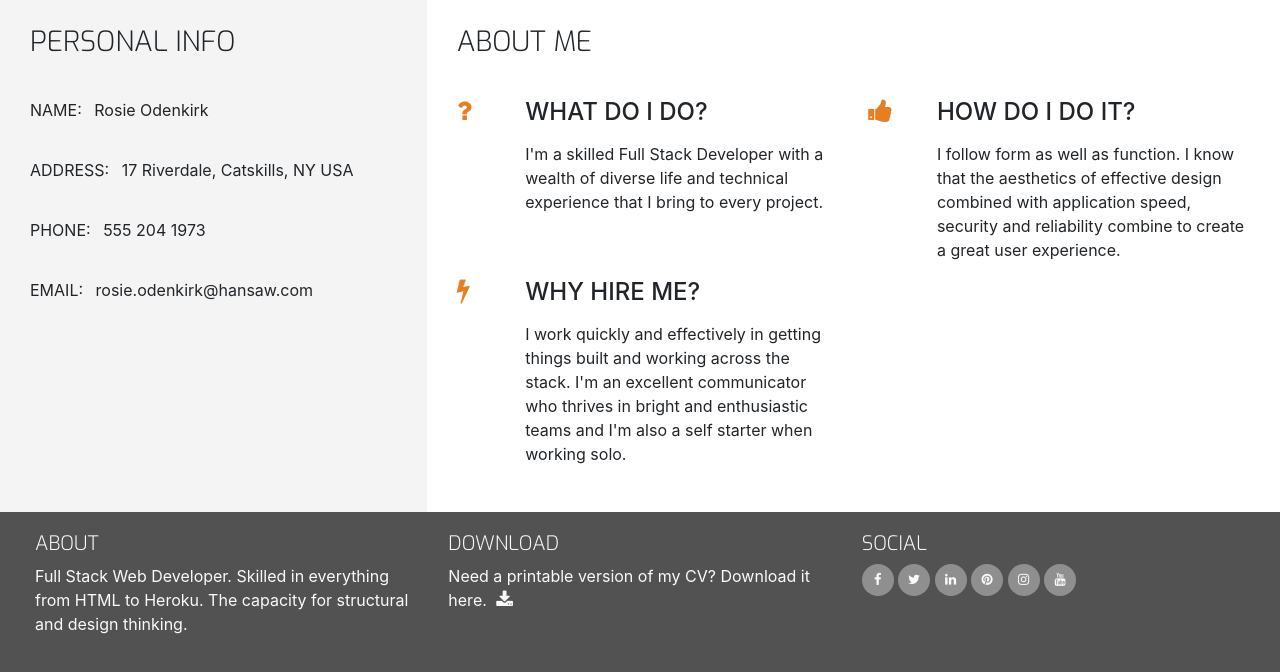
Repository: Davewalsh3/UCD-Resume
Page: index.html
The author's editor kept a record of every edit. The page is drawn from the files as they stood at one moment, then again after the next edit.
The browser window is 1280 px wide. The pictures show the part of the page from y = 369 to 1041 px (the page is 1041 px tall).
Some web libraries are served in a nearby version.

Above is the page before.

### index.html
<!DOCTYPE html>
<html lang="en">

<head>
    <meta charset="UTF-8">
    <meta name="viewport" content="width=device-width, initial-scale=1.0">
    <meta http-equiv="X-UA-Compatible" content="ie=edge">
    <link rel="stylesheet" href="https://maxcdn.bootstrapcdn.com/bootstrap/4.2.1/css/bootstrap.min.css" type="text/css" />
    <link rel="stylesheet" href="https://maxcdn.bootstrapcdn.com/font-awesome/4.7.0/css/font-awesome.min.css" type="text/css" />
    <link rel="stylesheet" href="https://cdnjs.cloudflare.com/ajax/libs/hover.css/2.1.1/css/hover-min.css" type="text/css" />
    <link rel="stylesheet" href="assets/css/style.css">
    <title>Rosie</title>
</head>

<body>
    <header>
        <div class="row no-gutters">
            <a class="col-md-4 logo" href="02-index.html"></a>
            <div class="col-md-8">
                <div class="row no-gutters bg-color-name-title">
                    <div class="col heading">
                        <h1 class="name">Rosie Odenkirk</h1>
                        <h2 class="title"> Full Stack Developer</h2>
                    </div>
                </div>
                <div class="row no-gutters">
                    <div class="col">
                        <ul id="nav" class="list-inline menucontainer">
                            <li class="col-6 col-sm-3 list-inline-item ui-menu-color-home menuitem">
                                <a href="#" class="hvr-sweep-to-bottom"><i class="fa fa-home" aria-hidden="true"></i><span>Home</span></a>
                            </li>
                            <li class="col-6 col-sm-3 list-inline-item ui-menu-color-resume menuitem">
                                <a href="#" class="hvr-sweep-to-bottom"><i class="fa fa-graduation-cap" aria-hidden="true"></i><span>Resume</span></a>
                            </li>
                            <li class="col-6 col-sm-3 list-inline-item ui-menu-color-contact menuitem">
                                <a href="#" class="hvr-sweep-to-bottom"><i class="fa fa-comment-o" aria-hidden="true"></i><span>Contact</span></a>
                            </li>
                            <li class="col-6 col-sm-3 list-inline-item ui-menu-color-download menuitem">
                                <a href="#" class="hvr-sweep-to-bottom"><i class="fa fa-download" aria-hidden="true"></i><span>Download CV</span></a>
                            </li>
                        </ul>
                    </div>
                </div>
            </div>
        </div>
    </header>

    <section class="container-fluid">
        <div class="row">
            <div class="col-md-4 bg-color-personal-info section-column">
                <div class="row">
                    <div class="col-12">
                        <h3 class="section-heading uppercase">
                            Personal Info
                        </h3>
                    </div>
                </div>
                <div class="personal-info-item">
                    <div class="key">
                        <p class="uppercase">
                            Name:
                        </p>
                    </div>
                    <div class="value">
                        <p>
                            Rosie Odenkirk
                        </p>
                    </div>
                </div>
                <div class="personal-info-item">
                    <div class="key">
                        <p class="uppercase">
                            Address:
                        </p>
                    </div>
                    <div class="value">
                        <p>
                            17 Riverdale, Catskills, NY USA
                        </p>
                    </div>
                </div>
                <div class="personal-info-item">
                    <div class="key">
                        <p class="uppercase">
                            Phone:
                        </p>
                    </div>
                    <div class="value">
                        <p>
                            555 204 1973
                        </p>
                    </div>
                </div>
                <div class="personal-info-item">
                    <div class="key">
                        <p class="uppercase">
                            Email:
                        </p>
                    </div>
                    <div class="value">
                        <p>
                            rosie.odenkirk@hansaw.com
                        </p>
                    </div>
                </div>
            </div>

            <div class="col-md-8 bg-color-three-reasons section-column">
                <div class="row">
                    <div class="col">
                        <h3 class="section-heading uppercase">About Me</h3>
                    </div>
                </div>
                <div class="row">
                    <div class="col-10 offset-1 offset-sm-0 col-sm-4 col-md-6">
                        <div class="row">
                            <div class="col-2">
                                <i class="three-reasons-icon fa fa-question" aria-hidden="true"></i>
                            </div>
                            <div class="col-10">
                                <h4 class="three-reasons-heading uppercase">What do I do?</h4>
                                <p>
                                    I'm a skilled Full Stack Developer with a wealth of diverse life and technical experience that I bring to every project.
                                </p>
                            </div>
                        </div>
                    </div>
                    <div class="col-10 offset-1 offset-sm-0 col-sm-4 col-md-6">
                        <div class="row">
                            <div class="col-2">
                                <i class="three-reasons-icon fa fa-thumbs-up" aria-hidden="true"></i>
                            </div>
                            <div class="col-10">
                                <h4 class="three-reasons-heading uppercase">How do I do it?</h4>
                                <p>
                                    I follow form as well as function. I know that the aesthetics of effective design combined with application speed, security and reliability combine to create a great user experience.
                                </p>
                            </div>
                        </div>
                    </div>
                    <div class="col-10 offset-1 offset-sm-0 col-sm-4 col-md-6">
                        <div class="row">
                            <div class="col-2">
                                <i class="three-reasons-icon fa fa-bolt" aria-hidden="true"></i>
                            </div>
                            <div class="col-10">
                                <h4 class="three-reasons-heading uppercase">Why hire me?</h4>
                                <p>
                                    I work quickly and effectively in getting things built and working across the stack. I'm an excellent communicator who thrives in bright and enthusiastic teams and I'm also a self starter when working solo.
                                </p>
                            </div>
                        </div>
                    </div>
                </div>
            </div>
        </div>


    </section>
    <footer class="container-fluid">
        <div id="footer-details" class="row">
            <div class="col-sm-4">
                <h5 class="uppercase general-sub">About</h5>
                <p class="inline-block">
                    Full Stack Web Developer. Skilled in everything from HTML to Heroku. The capacity for structural and design thinking.
                </p>
            </div>
            <div class="col-sm-4">
                <h5 class="uppercase general-sub">Download</h5>
                <p class="inline-block">
                    Need a printable version of my CV? Download it here.
                    <a href="#" target="_blank" class="cv-pdf">
                        <i class="fa fa-download" aria-hidden="true"></i>
                        <span class="sr-only">Download link.</span>
                    </a>
                </p>
            </div>
            <div class="col-sm-4">
                <h5 class="uppercase general-sub">Social</h5>
                <ul class="list-inline social-links">
                    <li class="list-inline-item">
                        <a target="_blank" href="#">
                            <i class="fa fa-facebook" aria-hidden="true"></i>
                            <span class="sr-only">Facebook</span>
                        </a>
                    </li>
                    <li class="list-inline-item">
                        <a target="_blank" href="#">
                            <i class="fa fa-twitter" aria-hidden="true"></i>
                            <span class="sr-only">Twitter</span>
                        </a>
                    </li>
                    <li class="list-inline-item">
                        <a target="_blank" href="#">
                            <i class="fa fa-linkedin" aria-hidden="true"></i>
                            <span class="sr-only">LinkedIn</span>
                        </a>
                    </li>
                    <li class="list-inline-item">
                        <a target="_blank" href="#">
                            <i class="fa fa-pinterest" aria-hidden="true"></i>
                            <span class="sr-only">Pinterest</span>
                        </a>
                    </li>
                    <li class="list-inline-item">
                        <a target="_blank" href="#">
                            <i class="fa fa-instagram" aria-hidden="true"></i>
                            <span class="sr-only">Instagram</span>
                        </a>
                    </li>
                    <li class="list-inline-item">
                        <a target="_blank" href="#">
                            <i class="fa fa-youtube" aria-hidden="true"></i>
                            <span class="sr-only">YouTube</span>
                        </a>
                    </li>
                </ul>
            </div>
        </div>
    </footer>
</body>

</html>

### assets/css/style.css
@import url('https://fonts.googleapis.com/css?family=Roboto:100,200,300,400,500,600,700|Exo:100,200,300,400,500,600,700');

/*--------------------------------------------Colors*/

.bg-color-name-title {
    background-color: #676767;
}

.bg-color-three-reasons {
    background-color: #fff;
}

.bg-color-personal-info {
    background-color: #f4f4f4;
}

.ui-menu-color-home {
    background-color: #e67e22;
}

.ui-menu-color-resume {
    background-color: #9b59b6;
}

.ui-menu-color-contact {
    background-color: #3498db;
}

.ui-menu-color-download {
    background-color: #525252;
}

.row-table {
    display: table;
}

.section-column {
    display: table-cell;
    padding: 0 30px 30px;
    float: none;
}

.section-heading {
    font-family: "Exo", sans-serif;
    font-weight: 300;
    margin-top: 25px;
    margin-bottom: 40px;
}

/* ----------------------------------------Special paddings/margins/text */

h1,
h2,
h3,
h4 {
    margin: 0;
}

.uppercase {
    text-transform: uppercase;
}

.general-sub {
    font-family: "Exo", sans-serif;
    font-weight: 300;
    color: #fafafa;
}

.inline-block {
    display: inline-block;
}

/*--------------------------------------------Heading*/

header {
    margin: 0;
}

.heading {
    margin-left: 50px;
}

.logo {
    background: url("../images/rosie.jpg");
    background-position: center;
    background-repeat: no-repeat;
    background-size: cover;
    min-height: 360px;
    transition: all .5s ease-in-out;
    -moz-transition: all .5s ease-in-out;
    -webkit-transition: all .5s ease-in-out;
}

.name {
    font-family: "Exo", sans-serif;
    font-weight: 100;
    font-size: 46px;
    margin-top: 50px;
    color: #fff;
}

.title {
    font-family: "Roboto", sans-serif;
    font-weight: 200;
    font-size: 28px;
    margin-top: 20px;
    margin-bottom: 90px;
    color: #fff;
}

.list-inline-item:not(:last-child) {
    margin: 0;
}

.menucontainer {
    font-size: 0;
}

#nav li {
    font-size: 14px;
    padding: 0;
}

#nav {
    margin: 0;
}

.menuitem {
    height: 120px;
    text-align: center;
    padding: 0;
}

.menuitem a {
    width: 100%;
    text-decoration: none;
    color: #fff;
    height: 120px;
}

.menuitem a i {
    padding-top: 22px;
    display: block;
    color: #fafafa;
    font-size: 26px;
}

.menuitem span {
    display: block;
    width: 100%;
    padding-top: 5px;
    text-align: center;
    text-transform: uppercase;
    font-size: 14px;
    font-weight: 300;
    letter-spacing: 2px;
}

/*--------------------------------------------Hover.css*/

.hvr-sweep-to-bottom:before {
    background: rgba(0, 0, 0, 0.2);
    height: 120px;
}

/* ----------------------------------------Footer */

footer {
    background-color: #525252;
    color: #fafafa;
    min-height: 120px;
    margin: 0;
}

.cv-pdf i {
    font-size: 18px;
    color: #fafafa;
    text-align: center;
    padding-left: 5px;
    transition: all 0.35s ease-in-out;
    -moz-transition: all 0.35s ease-in-out;
    -webkit-transition: all 0.35s ease-in-out;
    -o-transition: all 0.35s ease-in-out;
}

.cv-pdf i:hover {
    color: #e84610;
}

.social-links {
    padding-bottom: 15px;
}

.social-links li a i {
    width: 32px;
    height: 32px;
    padding: 12px 0;
    border-radius: 50%;
    font-size: 13px;
    line-height: 7px;
    text-align: center;
    color: #fafafa;
    background: #8f8f8f;
    transition: all 0.35s ease-in-out;
    -moz-transition: all 0.35s ease-in-out;
    -webkit-transition: all 0.35s ease-in-out;
    -o-transition: all 0.35s ease-in-out;
}

.social-links li a i:hover {
    background: #e84610;
}

#footer-details {
    padding: 20px;
}

/* ----------------------------------------Three Reasons */

.three-reasons-icon {
    font-size: 26px;
    color: #e67e22;
}

.three-reasons-heading {
    margin-bottom: 15px;
}
/* ----------------------------------------Personal Info */

.personal-info-item {
    margin-bottom:20px;
    display:block;
    clear:both;
}

.personal-info-item .key,
.personal-info-item .value {
    padding-right:8px;
    display:inline-block;
}
.personal-info-item .key, p
.personal-info-item .value p{
    margin:0;
}
.personal-info-class .key{
    width:30%;
    margin-right:21px;
    padding-top:2px;
    vertical-align: top;
}
.personal-info-item

After the next edit:
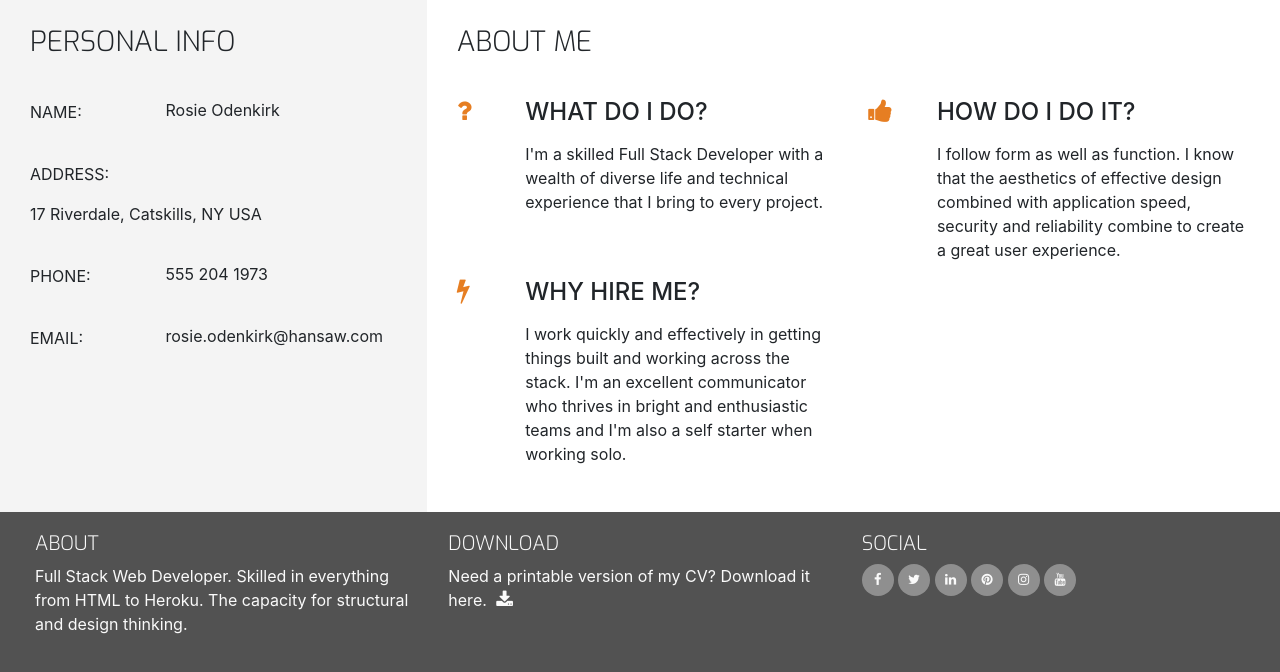
The edit:
--- a/assets/css/style.css
+++ b/assets/css/style.css
@@ -242,7 +242,7 @@
 .personal-info-item .value p{
     margin:0;
 }
-.personal-info-class .key{
+.personal-info-item .key{
     width:30%;
     margin-right:21px;
     padding-top:2px;
